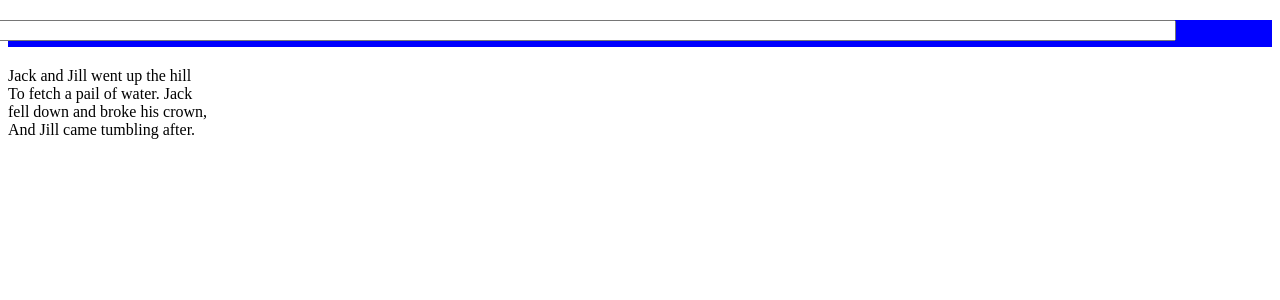
Repository: sourogithub/Final-yr-project-using-j2ee
Page: http://localhost/Webstore/JSP Pages/index.jsp
The author's editor kept a copy of each file at every save. The page is drawn from the files as they stood at one save, then again after the next save.
The browser window is 1280 px wide. The pictures show the whole page.
The page is served by Tomcat 9.

Above is the page before, as saved 2017-04-11 07:26:35.

After the next save:
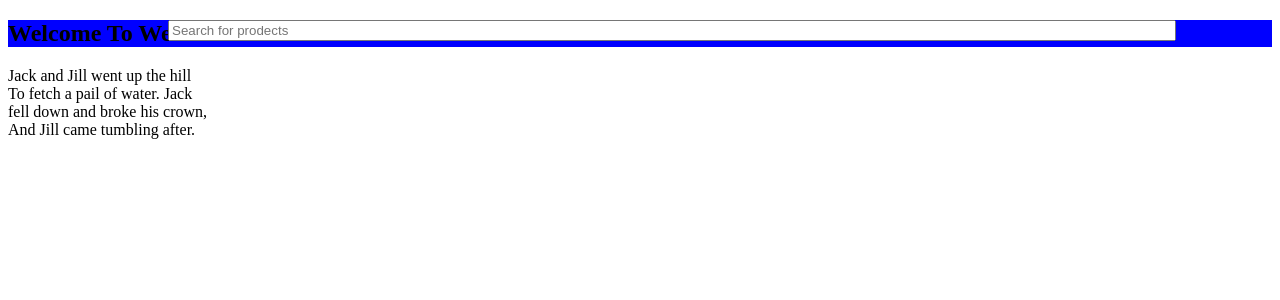
Saved 13 s later.
--- a/Webstore/WebContent/JSP Pages/index.jsp
+++ b/Webstore/WebContent/JSP Pages/index.jsp
@@ -10,7 +10,7 @@
 <body>
 <div id="top" style="background:blue">
 <h2>Welcome To Webstore
-<input type="text" placeholder="Search for prodects" required style="position:absolute;right:104px; border-width:2;float: right;width:1500px"></h2>
+<input type="text" placeholder="Search for prodects" required style="position:absolute;right:104px; border-width:2;float: right;width:1000px"></h2>
 </div>
 <div id="mydiv" style="width:200px;background:white" onmouseover="this.style.background='gray';" onmouseout="this.style.background='white';">
     Jack and Jill went up the hill
